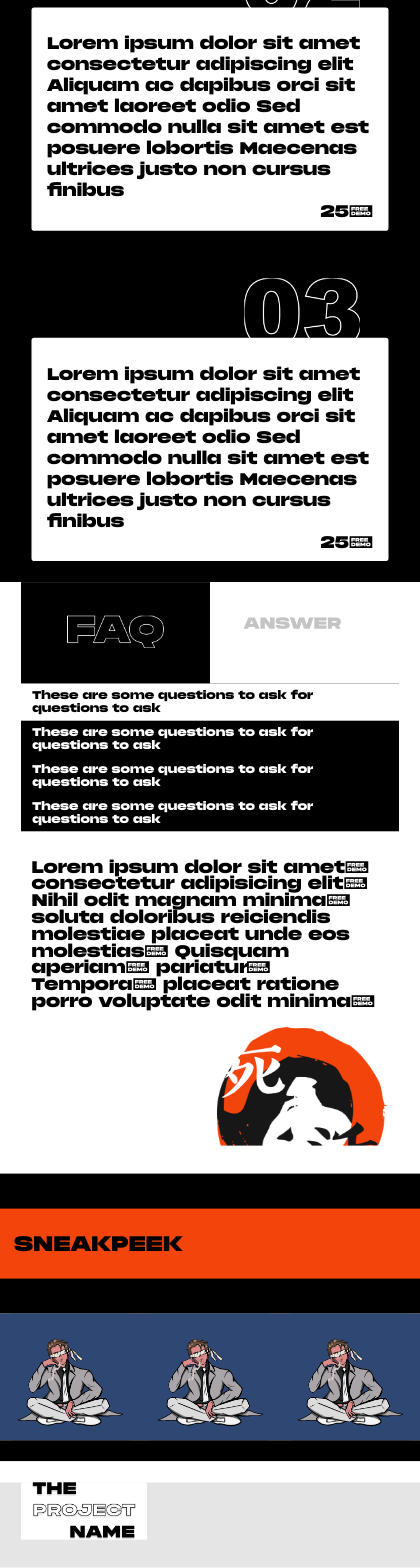
Repository: danishmahmoodawan/Sneakpeak
Page: /
An editor plug-in stored every save of this project. The page is shown before and after the next save, followed by the edit.
The browser window is 600 px wide. The pictures show the part of the page from y = 1601 to 3841 px (the page is 3841 px tall before and 3815 px after), at 70% of full size.
The project was rebuilt for these pictures with package versions that can differ from the ones it lists, and the page was loaded fresh each time.

Above is the page before, as saved 2022-02-28 22:35:29.

After the next save:
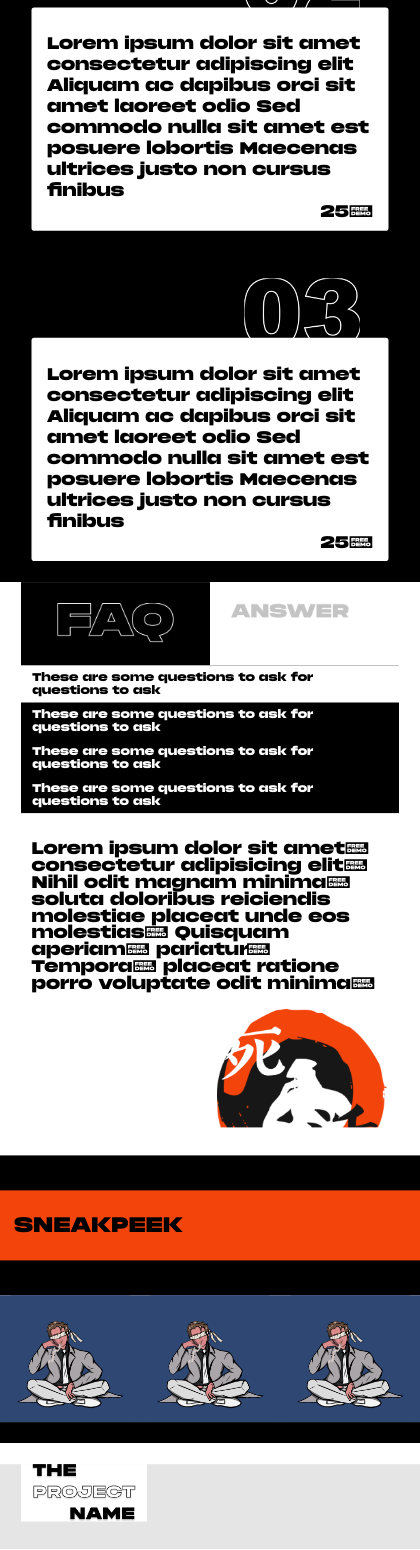
Saved 13 s later.
--- a/public/assets/css/style.css
+++ b/public/assets/css/style.css
@@ -437,7 +437,7 @@ padding: 0;
     margin: 10px 0;
   }
   .col_pading{
-padding: 30px;
+padding: 30px !important;
   }
 
   .right_third_col .container{
